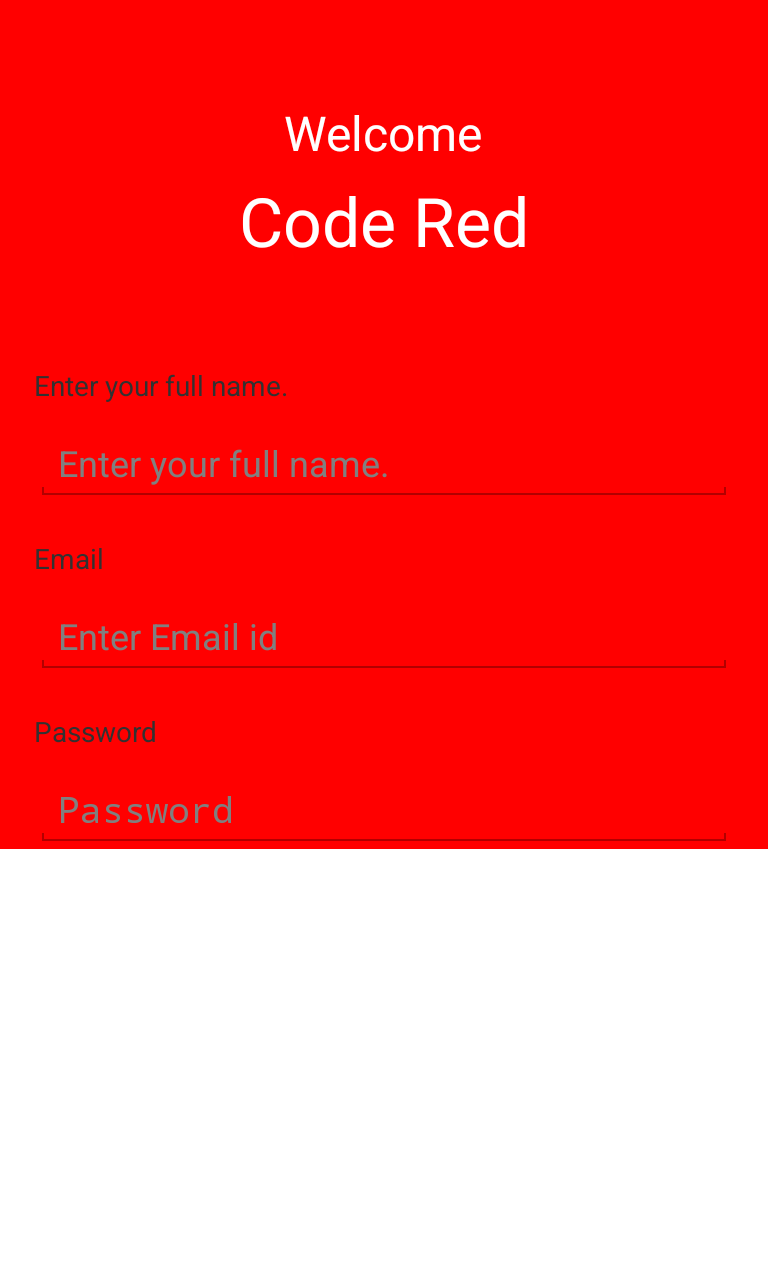
Repository: coderedteam/codered
Layout: AndroidSourceCode/CodeRed/res/layout/activity_registeration.xml
These files come from the project's save history. The layout is drawn as it stood at one moment and after the next save; the edit follows.
It is drawn on a 768 x 1280 px phone screen (xhdpi) without system bars, with theme AppTheme; the app's code is not run.

Above is the layout before, as saved 2014-11-27 11:07:51.

After the next save:
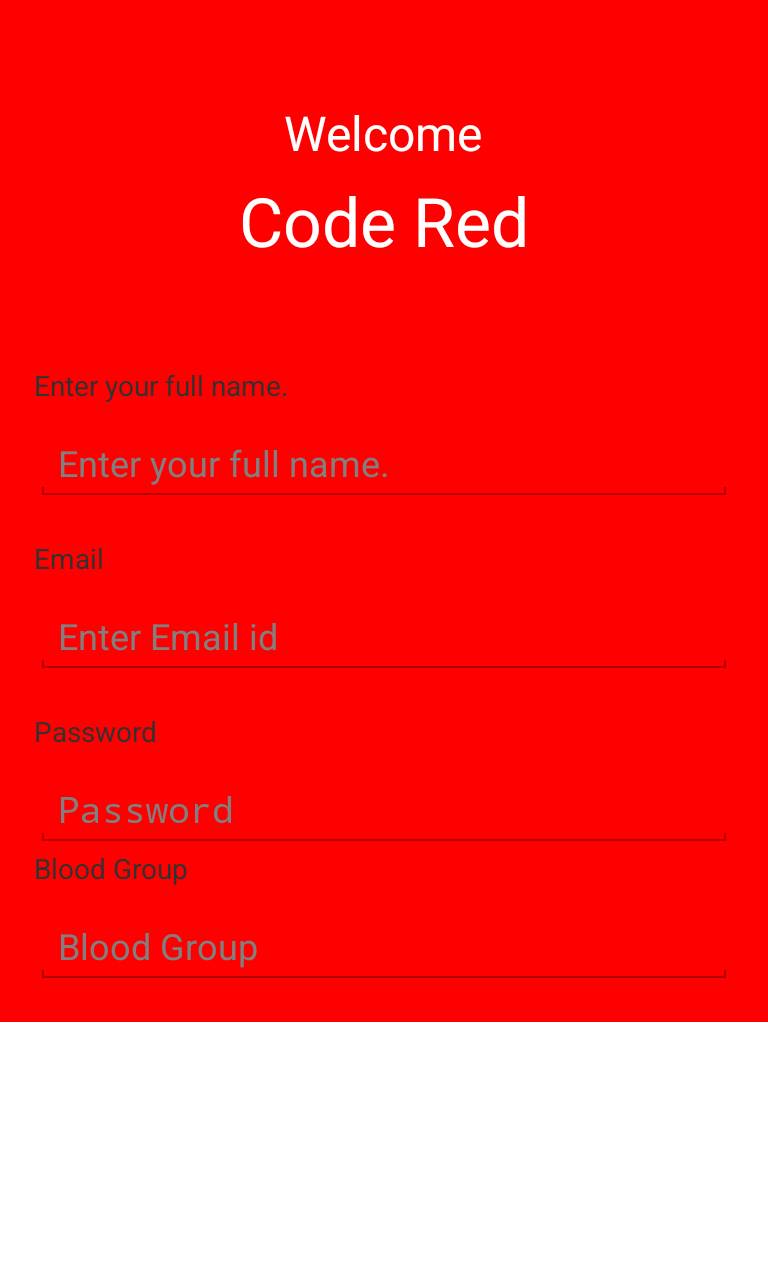
Saved 40 s later.
--- a/AndroidSourceCode/CodeRed/res/layout/activity_registeration.xml
+++ b/AndroidSourceCode/CodeRed/res/layout/activity_registeration.xml
@@ -111,6 +111,27 @@
 
 
 
+
+
+              <TextView
+                android:id="@+id/lblBloodGroup"
+                android:layout_width="match_parent"
+                android:layout_height="wrap_content"
+                android:paddingBottom="@dimen/margin_small_layout"
+                android:text="@string/txtBloodGroup" />
+
+            <EditText
+                android:id="@+id/txtBloodGroupEditBox"
+                android:layout_width="match_parent"
+                android:layout_height="wrap_content"
+                android:layout_marginBottom="@dimen/edit_view_gap_margin"
+                android:hint="@string/txtBloodGroup"
+                android:inputType="textEmailAddress" >
+            </EditText>
+
+
+
+
         </LinearLayout>
     </LinearLayout>
 
